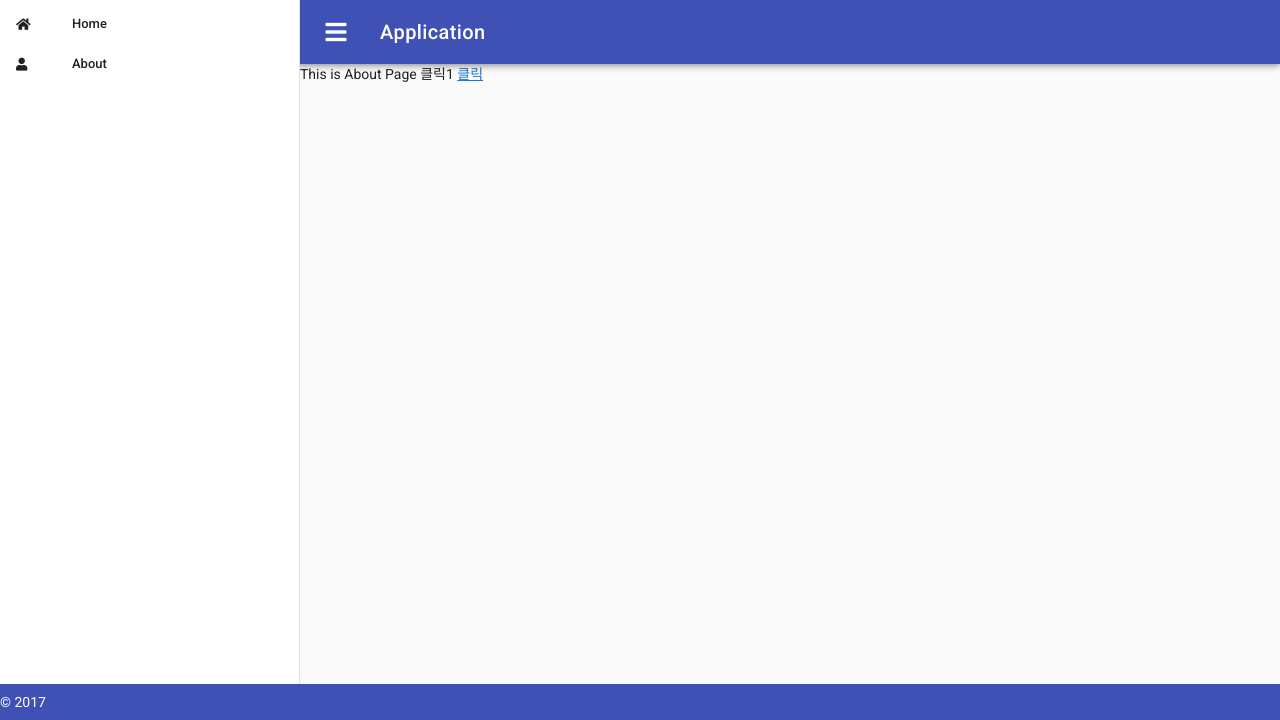
Repository: dloere/vue_trainig
Page: /about (app in vue-router/)
An editor plug-in stored every save of this project. The page is shown before and after the next save, followed by the edit.
The browser window is 1280 px wide. The pictures show the whole page.
Some web libraries are served in a nearby version. The project was rebuilt for these pictures with package versions that can differ from the ones it lists, and the page was loaded fresh each time. Also part of the build but not shown: vue-router/src/views/Home.vue.

Above is the page before, as saved 2021-11-03 16:52:39.

After the next save:
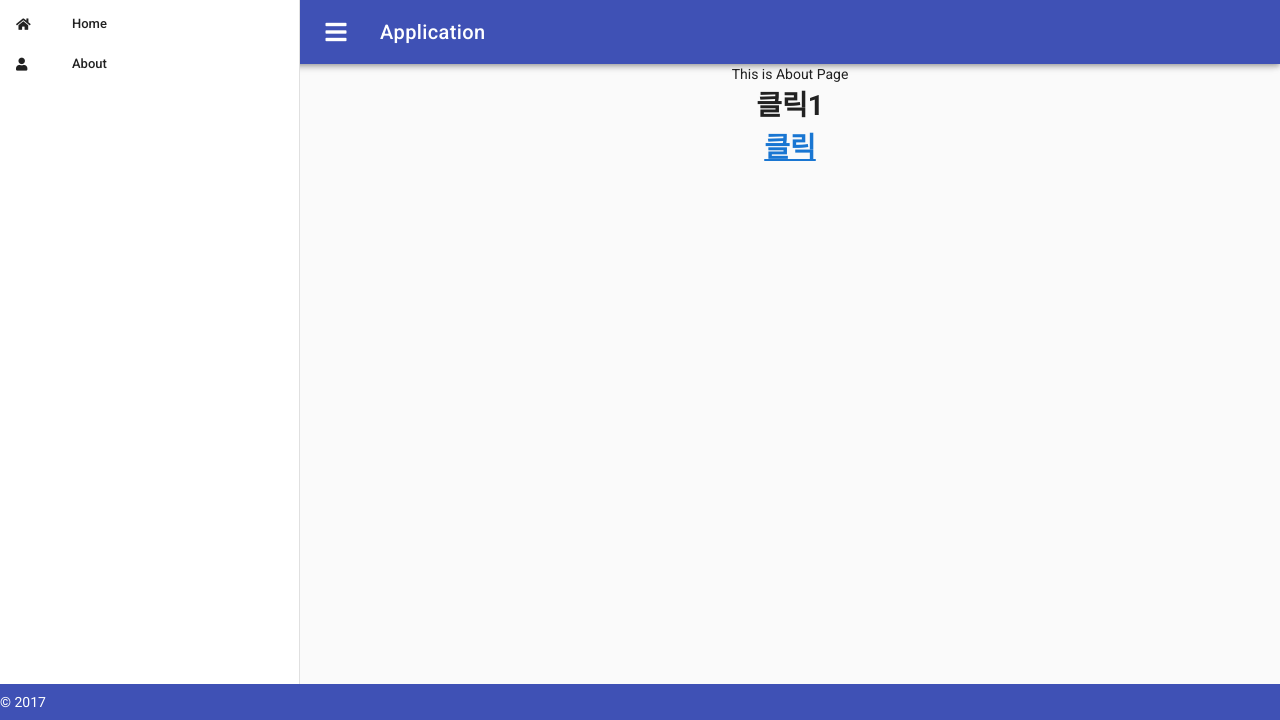
Saved 62 s later.
--- a/vue-router/src/views/About.vue
+++ b/vue-router/src/views/About.vue
@@ -1,10 +1,10 @@
 <template>
-  <div>
+  <div class="text-xs-center">
     This is About Page
 
-    클릭1
+    <h1>클릭1</h1>
     <router-link :to="{name : 'home'}">
-      클릭
+     <h1> 클릭</h1>
     </router-link>
   </div>
 </template>
